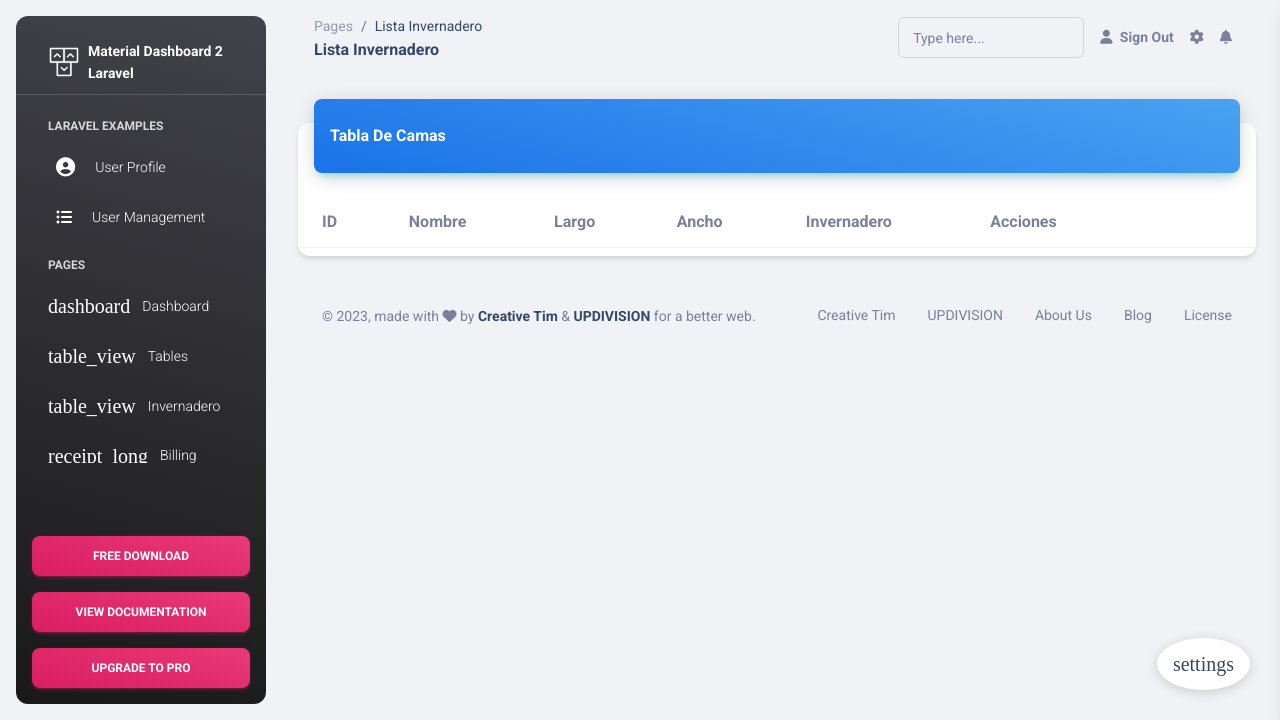
Repository: ValenciaAlmeidaVictor/sistemariego
Page: resources/views/cama/index.blade.php
An editor plug-in stored every save of this project. The page is shown before and after the next save, followed by the edit.
The browser window is 1280 px wide. The pictures show the whole page.
Some web libraries are served in a nearby version. The page is served by the project's Laravel application, run on PHP 8.4 with Laravel 10. Other server files are loaded and not shown. The template is opened directly, without the code that normally fills it, so the values that code supplies are empty.

Above is the page before, as saved 2023-06-21 12:53:20.

### routes/web.php
<?php

use Illuminate\Support\Facades\Auth;
use Illuminate\Support\Facades\Route;

/*
|--------------------------------------------------------------------------
| Web Routes
|--------------------------------------------------------------------------
|
| Here is where you can register web routes for your application. These
| routes are loaded by the RouteServiceProvider and all of them will
| be assigned to the "web" middleware group. Make something great!
|
*/

Route::get('/', function () {
    return view('welcome');
});

Auth::routes();

Route::get('/home', [App\Http\Controllers\HomeController::class, 'index'])->name('home');

use App\Http\Controllers\DashboardController;
use App\Http\Controllers\ProfileController;
use App\Http\Controllers\RegisterController;
use App\Http\Controllers\SessionsController;
use App\Http\Controllers\PostController;

Route::get('/', function () {return redirect('sign-in');})->middleware('guest');
Route::get('/dashboard', [DashboardController::class, 'index'])->middleware('auth')->name('dashboard');
Route::get('sign-up', [RegisterController::class, 'create'])->middleware('guest')->name('register');
Route::post('sign-up', [RegisterController::class, 'store'])->middleware('guest');
Route::get('sign-in', [SessionsController::class, 'create'])->middleware('guest')->name('login');
Route::post('sign-in', [SessionsController::class, 'store'])->middleware('guest');
Route::post('verify', [SessionsController::class, 'show'])->middleware('guest');
Route::post('reset-password', [SessionsController::class, 'update'])->middleware('guest')->name('password.update');
Route::get('verify', function () {
	return view('sessions.password.verify');
})->middleware('guest')->name('verify');
Route::get('/reset-password/{token}', function ($token) {
	return view('sessions.password.reset', ['token' => $token]);
})->middleware('guest')->name('password.reset');

Route::post('sign-out', [SessionsController::class, 'destroy'])->middleware('auth')->name('logout');
Route::get('profile', [ProfileController::class, 'create'])->middleware('auth')->name('profile');
Route::post('user-profile', [ProfileController::class, 'update'])->middleware('auth');
Route::group(['middleware' => 'auth'], function () {
	Route::get('billing', function () {
		return view('pages.billing');
	})->name('billing');
    Route::get('posts', function () {
		return view('posts.index');
	})->name('posts');
	Route::get('tables', function () {
		return view('pages.tables');
	})->name('tables');
	Route::get('rtl', function () {
		return view('pages.rtl');
	})->name('rtl');
	Route::get('virtual-reality', function () {
		return view('pages.virtual-reality');
	})->name('virtual-reality');
	Route::get('notifications', function () {
		return view('pages.notifications');
	})->name('notifications');
	Route::get('static-sign-in', function () {
		return view('pages.static-sign-in');
	})->name('static-sign-in');
	Route::get('static-sign-up', function () {
		return view('pages.static-sign-up');
	})->name('static-sign-up');
	Route::get('user-management', function () {
		return view('pages.laravel-examples.user-management');
	})->name('user-management');
	Route::get('user-profile', function () {
		return view('pages.laravel-examples.user-profile');
	})->name('user-profile');
});


//rutas para el controlleer de las tablas del admin //

Route::group(['middleware' => 'auth'], function (){
    Route::resource('posts',PostController::class,['except'=>['show']]);
});

### resources/views/cama/index.blade.php
@yield('posts')

<x-layout bodyClass="g-sidenav-show  bg-gray-200">
    <x-navbars.sidebar activePage="Lista Invernadero"></x-navbars.sidebar>
    <main class="main-content position-relative max-height-vh-100 h-100 border-radius-lg ">
        <!-- Navbar -->
        <x-navbars.navs.auth titlePage="Lista Invernadero"></x-navbars.navs.auth>
        <script src="https:/kit.fontawesome.com/646ac4fad6.js" crossorigin="anonymous"></script>
        <!-- End Navbar -->
        <div class="container-fluid py-4">
            <div class="row">
                <div class="col-12">
                    <div class="row">
                        @can('camas.create')
                        <div class="float-right">
                            <a href="{{ route('camas.create') }}" class="btn btn-success btn-sm float-right"  data-placement="left">
                              {{ __('Agregar') }}
                            </a>
                          </div>
                          @endcan
                    </div>
                    <div class="card my-4">
                        <div class="card-header p-0 position-relative mt-n4 mx-3 z-index-2">
                            <div class="bg-gradient-info shadow-info border-radius-lg pt-4 pb-3">
                                <h6 class="text-white text-capitalize ps-3">Tabla de Camas</h6>
                            </div>
                        </div>
                        <div class="card-body px-0 pb-2">
                            <div class="table-responsive p-0">
                                <table class="table align-items-center mb-0">
                                    <thead>
                                        <tr>
                                            <th>ID</th>
                                            <th>Nombre</th>
                                            <th>Largo</th>
                                            <th>Ancho</th>
                                            <th>Invernadero</th>
                                            <th>Acciones</th>
                                            <th></th>
                                            <th></th>

                                        </tr>
                                    </thead>
                                    <tbody>
                                        @foreach ($camas as $cama)
                                            <tr>

                                                <td>{{ $cama->id }}</td>
                                                <td>{{ $cama->nombre }}</td>
                                                <td>{{ $cama->largo }}</td>
                                                <td>{{ $cama->ancho }}</td>
                                                <td>{{ $cama->invernadero->nombre }}</td>

                                                <td>
                                                    @can('camas.show')
                                                        <a class="btn btn-sm btn-primary " href="{{ route('camas.show',$cama->id) }}"><i class="fa fa-fw fa-eye"></i> {{ __('Show') }}</a>
                                                        @endcan
                                                </td>

                                                <td>
                                                        @can('camas.edit')
                                                        <a class="btn btn-sm btn-warning" href="{{ route('camas.edit',$cama->id) }}"><i class="fa fa-fw fa-edit"></i> {{ __('Edit') }}</a>
                                                        @endcan

                                                </td>

                                                <td>
                                                    @can('camas.destroy')
                                                    <form action="{{ route('camas.destroy',$cama->id) }}" method="POST">
                                                        @csrf
                                                        @method('DELETE')
                                                        <button type="submit" class="btn btn-danger btn-sm" onclick="return showConfirmation()"><i class="fa fa-fw fa-trash"></i> {{ __('Delete') }}</button>
                                                    </form>

                                                <script>
                                                    function showConfirmation() {
                                                     return confirm('¿Estás seguro de que deseas eliminar este registro?');
                                                                                }
                                               </script>
                                               @endcan
                                                   </td>
                                    </tbody>
                                    @endforeach
                                </table>
                            </div>
                        </div>
                    </div>
                </div>
            </div>
            <x-footers.auth></x-footers.auth>
        </div>
    </main>
    <x-plugins></x-plugins>

</x-layout>

### resources/views/components/navbars/sidebar.blade.php
@props(['activePage'])

<aside
    class="sidenav navbar navbar-vertical navbar-expand-xs border-0 border-radius-xl my-3 fixed-start ms-3   bg-gradient-dark"
    id="sidenav-main">
    <div class="sidenav-header">
        <i class="fas fa-times p-3 cursor-pointer text-white opacity-5 position-absolute end-0 top-0 d-none d-xl-none"
            aria-hidden="true" id="iconSidenav"></i>
        <a class="navbar-brand m-0 d-flex text-wrap align-items-center" href=" {{ route('dashboard') }} ">
            <img src="{{ asset('assets') }}/img/logo-ct.png" class="navbar-brand-img h-100" alt="main_logo">
            <span class="ms-2 font-weight-bold text-white">Material Dashboard 2 Laravel</span>
        </a>
    </div>
    <hr class="horizontal light mt-0 mb-2">
    <div class="collapse navbar-collapse  w-auto  max-height-vh-100" id="sidenav-collapse-main">
        <ul class="navbar-nav">
            <li class="nav-item mt-3">
                <h6 class="ps-4 ms-2 text-uppercase text-xs text-white font-weight-bolder opacity-8">Laravel examples</h6>
            </li>
            <li class="nav-item">
                <a class="nav-link text-white {{ $activePage == 'user-profile' ? 'active bg-gradient-primary' : '' }} "
                    href="{{ route('user-profile') }}">
                    <div class="text-white text-center me-2 d-flex align-items-center justify-content-center">
                        <i style="font-size: 1.2rem;" class="fas fa-user-circle ps-2 pe-2 text-center"></i>
                    </div>
                    <span class="nav-link-text ms-1">User Profile</span>
                </a>
            </li>
            <li class="nav-item">
                <a class="nav-link text-white {{ $activePage == 'user-management' ? ' active bg-gradient-primary' : '' }} "
                    href="{{ route('user-management') }}">
                    <div class="text-white text-center me-2 d-flex align-items-center justify-content-center">
                        <i style="font-size: 1rem;" class="fas fa-lg fa-list-ul ps-2 pe-2 text-center"></i>
                    </div>
                    <span class="nav-link-text ms-1">User Management</span>
                </a>
            </li>
            <li class="nav-item mt-3">
                <h6 class="ps-4 ms-2 text-uppercase text-xs text-white font-weight-bolder opacity-8">Pages</h6>
            </li>
            <li class="nav-item">
                <a class="nav-link text-white {{ $activePage == 'dashboard' ? ' active bg-gradient-primary' : '' }} "
                    href="{{ route('dashboard') }}">
                    <div class="text-white text-center me-2 d-flex align-items-center justify-content-center">
                        <i class="material-icons opacity-10">dashboard</i>
                    </div>
                    <span class="nav-link-text ms-1">Dashboard</span>
                </a>
            </li>
            <li class="nav-item">
                <a class="nav-link text-white {{ $activePage == 'tables' ? ' active bg-gradient-primary' : '' }} "
                    href="{{ route('tables') }}">
                    <div class="text-white text-center me-2 d-flex align-items-center justify-content-center">
                        <i class="material-icons opacity-10">table_view</i>
                    </div>
                    <span class="nav-link-text ms-1">Tables</span>
                </a>
            </li>
            <li class="nav-item">
                <a class="nav-link text-white  "
                    href="{{ url('/posts') }}"> <!-- EL URL ES PARAHACER LLAMADOS DE RUTAS CON DATOS -->
                    <div class="text-white text-center me-2 d-flex align-items-center justify-content-center">
                        <i class="material-icons opacity-10">table_view</i>
                    </div>
                    <span class="nav-link-text ms-1">Invernadero</span>
                </a>
            </li>
            <li class="nav-item">
                <a class="nav-link text-white {{ $activePage == 'billing' ? ' active bg-gradient-primary' : '' }}  "
                    href="{{ route('billing') }}">
                    <div class="text-white text-center me-2 d-flex align-items-center justify-content-center">
                        <i class="material-icons opacity-10">receipt_long</i>
                    </div>
                    <span class="nav-link-text ms-1">Billing</span>
                </a>
            </li>
            <li class="nav-item">
                <a class="nav-link text-white {{ $activePage == 'virtual-reality' ? ' active bg-gradient-primary' : '' }}  "
                    href="{{ route('virtual-reality') }}">
                    <div class="text-white text-center me-2 d-flex align-items-center justify-content-center">
                        <i class="material-icons opacity-10">view_in_ar</i>
                    </div>
                    <span class="nav-link-text ms-1">Virtual Reality</span>
                </a>
            </li>
            <li class="nav-item">
                <a class="nav-link text-white {{ $activePage == 'rtl' ? ' active bg-gradient-primary' : '' }}  "
                    href="{{ route('rtl') }}">
                    <div class="text-white text-center me-2 d-flex align-items-center justify-content-center">
                        <i class="material-icons opacity-10">format_textdirection_r_to_l</i>
                    </div>
                    <span class="nav-link-text ms-1">RTL</span>
                </a>
            </li>
            <li class="nav-item">
                <a class="nav-link text-white {{ $activePage == 'notifications' ? ' active bg-gradient-primary' : '' }}  "
                    href="{{ route('notifications') }}">
                    <div class="text-white text-center me-2 d-flex align-items-center justify-content-center">
                        <i class="material-icons opacity-10">notifications</i>
                    </div>
                    <span class="nav-link-text ms-1">Notifications</span>
                </a>
            </li>
            <li class="nav-item mt-3">
                <h6 class="ps-4 ms-2 text-uppercase text-xs text-white font-weight-bolder opacity-8">Account pages</h6>
            </li>
            <li class="nav-item">
                <a class="nav-link text-white {{ $activePage == 'profile' ? ' active bg-gradient-primary' : '' }}  "
                    href="{{ route('profile') }}">
                    <div class="text-white text-center me-2 d-flex align-items-center justify-content-center">
                        <i class="material-icons opacity-10">person</i>
                    </div>
                    <span class="nav-link-text ms-1">Profile</span>
                </a>
            </li>
            <li class="nav-item">
                <a class="nav-link text-white " href="{{ route('static-sign-in') }}">
                    <div class="text-white text-center me-2 d-flex align-items-center justify-content-center">
                        <i class="material-icons opacity-10">login</i>
                    </div>
                    <span class="nav-link-text ms-1">Sign In</span>
                </a>
            </li>
            <li class="nav-item">
                <a class="nav-link text-white " href="{{ route('static-sign-up') }}">
                    <div class="text-white text-center me-2 d-flex align-items-center justify-content-center">
                        <i class="material-icons opacity-10">assignment</i>
                    </div>
                    <span class="nav-link-text ms-1">Sign Up</span>
                </a>
            </li>
        </ul>
    </div>
    <div class="sidenav-footer position-absolute w-100 bottom-0 ">
        <div class="mx-3">
            <a class="btn bg-gradient-primary w-100" href="https://www.creative-tim.com/product/material-dashboard-laravel" target="_blank">Free Download</a>
        </div>
        <div class="mx-3">
            <a class="btn bg-gradient-primary w-100" href="../../documentation/getting-started/installation.html" target="_blank">View documentation</a>
        </div>
        <div class="mx-3">
            <a class="btn bg-gradient-primary w-100"
                href="https://www.creative-tim.com/product/material-dashboard-pro-laravel" target="_blank" type="button">Upgrade
                to pro</a>
        </div>
    </div>
</aside>

### resources/views/components/layout.blade.php
<!--
=========================================================
* Material Dashboard 2 - v3.0.0
=========================================================

* Product Page: https://www.creative-tim.com/product/material-dashboard
* Copyright 2021 Creative Tim (https://www.creative-tim.com) & UPDIVISION (https://www.updivision.com)
* Licensed under MIT (https://www.creative-tim.com/license)
* Coded by www.creative-tim.com & www.updivision.com

=========================================================

* The above copyright notice and this permission notice shall be included in all copies or substantial portions of the Software.
-->
@props(['bodyClass'])
<!DOCTYPE html>
<html lang="en">

<head>
    <meta charset="utf-8" />
    <meta name="viewport" content="width=device-width, initial-scale=1, shrink-to-fit=no">

    <link rel="apple-touch-icon" sizes="76x76" href="{{ asset('assets') }}/img/apple-icon.png">
    <link rel="icon" type="image/png" href="{{ asset('assets') }}/img/favicon.png">
    <title>
        MaxAspersor Dashboard
    </title>
    <!--     Fonts and icons     -->
    <link rel="stylesheet" type="text/css"
        href="https://fonts.googleapis.com/css?family=Roboto:300,400,500,700,900|Roboto+Slab:400,700" />
    <!-- Nucleo Icons -->
    <link href="{{ asset('assets') }}/css/nucleo-icons.css" rel="stylesheet" />
    <link href="{{ asset('assets') }}/css/nucleo-svg.css" rel="stylesheet" />
    <!-- Font Awesome Icons -->
    <script src="https://kit.fontawesome.com/42d5adcbca.js" crossorigin="anonymous"></script>
    <!-- Material Icons -->
    <link href="https://fonts.googleapis.com/icon?family=Material+Icons+Round" rel="stylesheet">
    <!-- CSS Files -->
    <link id="pagestyle" href="{{ asset('assets') }}/css/material-dashboard.css?v=3.0.0" rel="stylesheet" />
</head>
<body class="{{ $bodyClass }}">

{{ $slot }}

<script src="{{ asset('assets') }}/js/core/popper.min.js"></script>
<script src="{{ asset('assets') }}/js/core/bootstrap.min.js"></script>
<script src="{{ asset('assets') }}/js/plugins/perfect-scrollbar.min.js"></script>
<script src="{{ asset('assets') }}/js/plugins/smooth-scrollbar.min.js"></script>
@stack('js')
<script>
    var win = navigator.platform.indexOf('Win') > -1;
    if (win && document.querySelector('#sidenav-scrollbar')) {
        var options = {
            damping: '0.5'
        }
        Scrollbar.init(document.querySelector('#sidenav-scrollbar'), options);
    }

</script>
<!-- Github buttons -->
<script async defer src="https://buttons.github.io/buttons.js"></script>
<!-- Control Center for Material Dashboard: parallax effects, scripts for the example pages etc -->
<script src="{{ asset('assets') }}/js/material-dashboard.min.js?v=3.0.0"></script>
</body>
</html>

### public/assets/css/nucleo-svg.css
/* Generated using nucleoapp.com */
/* --------------------------------

Icon colors

-------------------------------- */

.icon {
  display: inline-block;
  /* icon primary color */
  color: #111111;
  height: 1em;
  width: 1em;
}

.icon use {
  /* icon secondary color - fill */
  fill: #7ea6f6;
}

.icon.icon-outline use {
  /* icon secondary color - stroke */
  stroke: #7ea6f6;
}

/* --------------------------------

Change icon size

-------------------------------- */

.icon-xs {
  height: 0.5em;
  width: 0.5em;
}

.icon-sm {
  height: 0.8em;
  width: 0.8em;
}

.icon-lg {
  height: 1.6em;
  width: 1.6em;
}

.icon-xl {
  height: 2em;
  width: 2em;
}

/* --------------------------------

Align icon and text

-------------------------------- */

.icon-text-aligner {
  /* add this class to parent element that contains icon + text */
  display: flex;
  align-items: center;
}

.icon-text-aligner .icon {
  color: inherit;
  margin-right: 0.4em;
}

.icon-text-aligner .icon use {
  color: inherit;
  fill: currentColor;
}

.icon-text-aligner .icon.icon-outline use {
  stroke: currentColor;
}

/* --------------------------------

Icon reset values - used to enable color customizations

-------------------------------- */

.icon {
  fill: currentColor;
  stroke: none;
}

.icon.icon-outline {
  fill: none;
  stroke: currentColor;
}

.icon use {
  stroke: none;
}

.icon.icon-outline use {
  fill: none;
}

/* --------------------------------

Stroke effects - Nucleo outline icons

- 16px icons -> up to 1px stroke (16px outline icons do not support stroke changes)
- 24px, 32px icons -> up to 2px stroke
- 48px, 64px icons -> up to 4px stroke

-------------------------------- */

.icon-outline.icon-stroke-1 {
  stroke-width: 1px;
}

.icon-outline.icon-stroke-2 {
  stroke-width: 2px;
}

.icon-outline.icon-stroke-3 {
  stroke-width: 3px;
}

.icon-outline.icon-stroke-4 {
  stroke-width: 4px;
}

.icon-outline.icon-stroke-1 use,
.icon-outline.icon-stroke-3 use {
  -webkit-transform: translateX(0.5px) translateY(0.5px);
  -moz-transform: translateX(0.5px) translateY(0.5px);
  -ms-transform: translateX(0.5px) translateY(0.5px);
  -o-transform: translateX(0.5px) translateY(0.5px);
  transform: translateX(0.5px) translateY(0.5px);
}

Loaded but not shown: app/Http/Controllers/Auth/ConfirmPasswordController.php (common file); app/Http/Controllers/Controller.php (common file); resources/views/components/navbars/navs/auth.blade.php (common file); resources/views/components/footers/auth.blade.php (common file); resources/views/components/plugins.blade.php (common file); public/assets/css/material-dashboard.css (library); public/assets/js/core/popper.min.js (library); public/assets/js/core/bootstrap.min.js (library); public/assets/js/plugins/perfect-scrollbar.min.js (library); public/assets/js/plugins/smooth-scrollbar.min.js (library); public/assets/js/material-dashboard.min.js (library); public/assets/img/small-logos/logo-spotify.svg (9 lines, source omitted); public/assets/css/nucleo-icons.css (597 lines, source omitted)

After the next save:
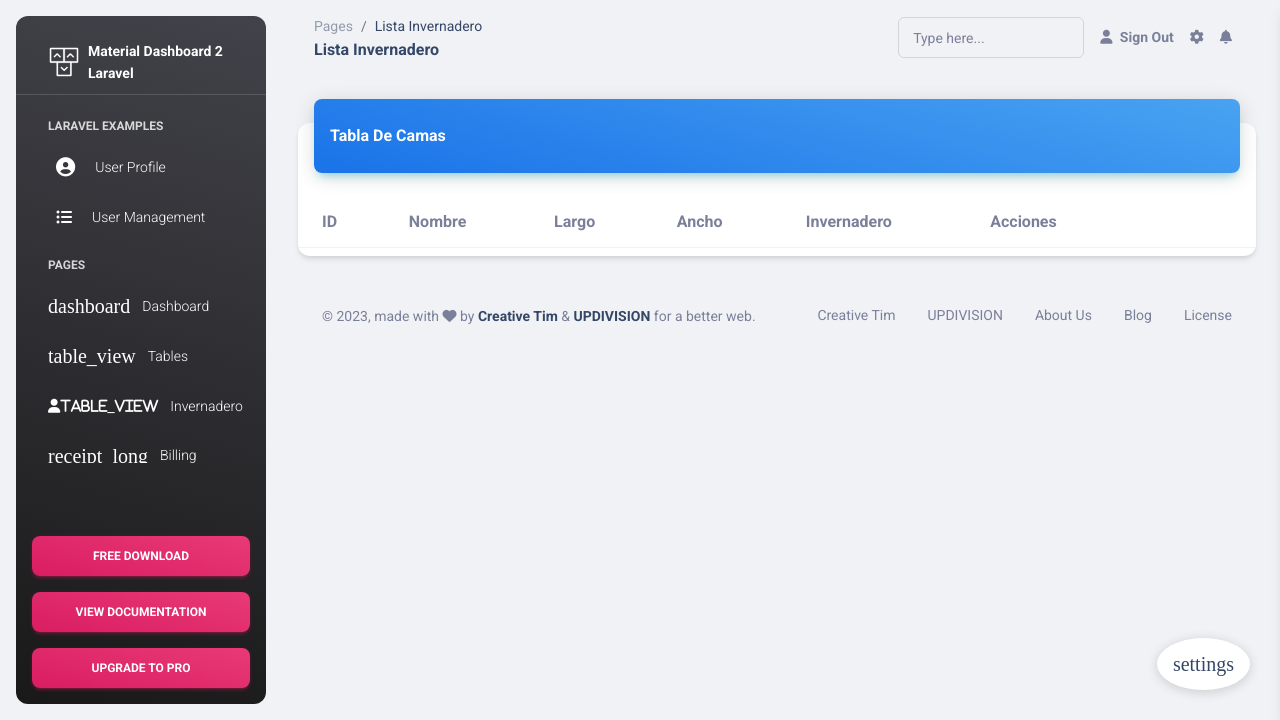
Saved 48 s later.
--- a/resources/views/components/navbars/sidebar.blade.php
+++ b/resources/views/components/navbars/sidebar.blade.php
@@ -60,7 +60,7 @@
                 <a class="nav-link text-white  "
                     href="{{ url('/posts') }}"> <!-- EL URL ES PARAHACER LLAMADOS DE RUTAS CON DATOS -->
                     <div class="text-white text-center me-2 d-flex align-items-center justify-content-center">
-                        <i class="material-icons opacity-10">table_view</i>
+                        <i class="fa fa-user opacity-10">table_view</i>
                     </div>
                     <span class="nav-link-text ms-1">Invernadero</span>
                 </a>
